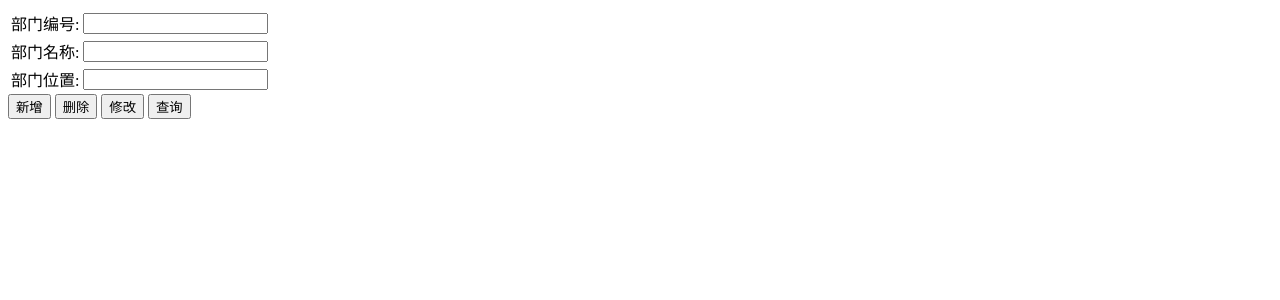
Repository: jianminghao/ssiProject
Page: http://localhost/myssiProject/dept2.jsp
The author's editor kept a copy of each file at every save. The page is drawn from the files as they stood at one save, then again after the next save.
The browser window is 1280 px wide. The pictures show the whole page.
The page is served by Tomcat 9. Other server files are loaded and not shown.

Above is the page before, as saved 2020-03-05 04:09:48.

### myssiProject/WebContent/dept2.jsp
<%@ page language="java" contentType="text/html; charset=UTF-8"
    pageEncoding="UTF-8"%>
<!DOCTYPE html>


<html>
<head>
<meta charset="UTF-8">
<title>Insert title here</title>
<SCRIPT src="resource/jquery/jquery.js" type=text/javascript></SCRIPT>
	<script type="text/javascript">
	$(function() {

		 $('.btn').click(function() {
			var locationPath = "localhost:8080/myssiProject/dept.do?method=";
			debugger;
			var opt = $(this).val();
			switch(opt) {
		     case '1':
		    	 locationPath += 'insert';
		        break;
		     case '2':
		    	 locationPath += 'delete';
		        break;
		     case '3':
		    	 locationPath += 'update';
		        break;
		     default:
		    	 locationPath += 'list';
			}
			var deptNo =  document.getElementById("deptNo").value;
	    	var dName =  document.getElementById("dName").value;
	    	var loc =  document.getElementById("loc").value;
			document.all.dept.action=locationPath +"&deptInfo.deptNo="+deptNo +"&deptInfo.dName="+dName +"&deptInfo.loc="+loc;
			console.log(document.all.dept.action);
			document.all.dept.target="result";
			/* document.all.dept.submit();
			$(".dept").submit(); */
			windows.location.href=document.all.dept.action;

	});
	});
	</script>
</head>
<body>
	<form id="dept" name ="dept"  method="post" action="" >
	<!-- <form action="dept.do"  method="post" focus="dept"> -->
		<table>
			<tr>
				<td>部门编号:  </td>
				 <td><input type="text" id="deptNo" name="deptInfo.deptNo"></td>
			</tr>
			<tr>
				<td>部门名称:  </td>
				 <td><input type="text" id="dName" name="deptInfo.dName"></td>
			</tr>
			<tr>
				<td>部门位置:  </td>
				 <td><input type="text" id="loc" name="deptInfo.loc"></td>
			</tr>
		</table>
		<button class="btn" name="insert" value="1">
			新增
		</button>
		<button class="btn" name="delete" value="2">
			删除
		</button>
		<button class="btn" name="update" value="3">
			修改
		</button>
		<button class="btn" name="query" value="4">
			查询
		</button>
	</form>
</body>
</html>

Loaded but not shown: myssiProject/WebContent/resource/jquery/jquery.js (library)

After the next save:
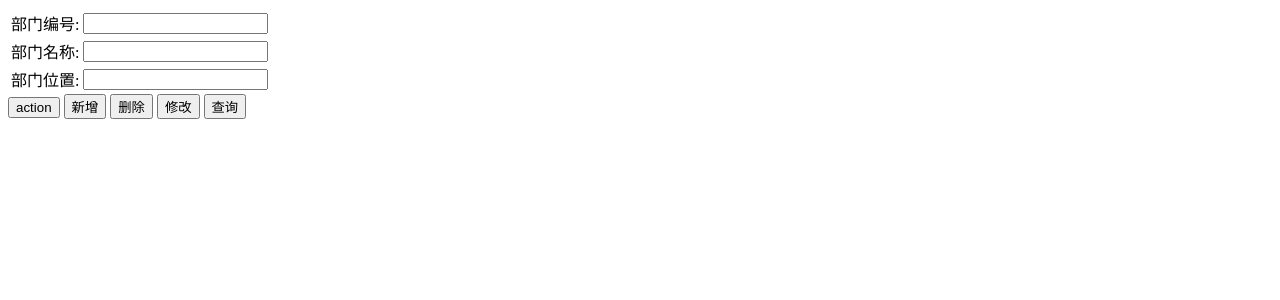
Saved 10 s later.
--- a/myssiProject/WebContent/dept2.jsp
+++ b/myssiProject/WebContent/dept2.jsp
@@ -59,6 +59,8 @@
 				 <td><input type="text" id="loc" name="deptInfo.loc"></td>
 			</tr>
 		</table>
+		<input type="submit"  value="action" hidden;>
+
 		<button class="btn" name="insert" value="1">
 			新增
 		</button>
